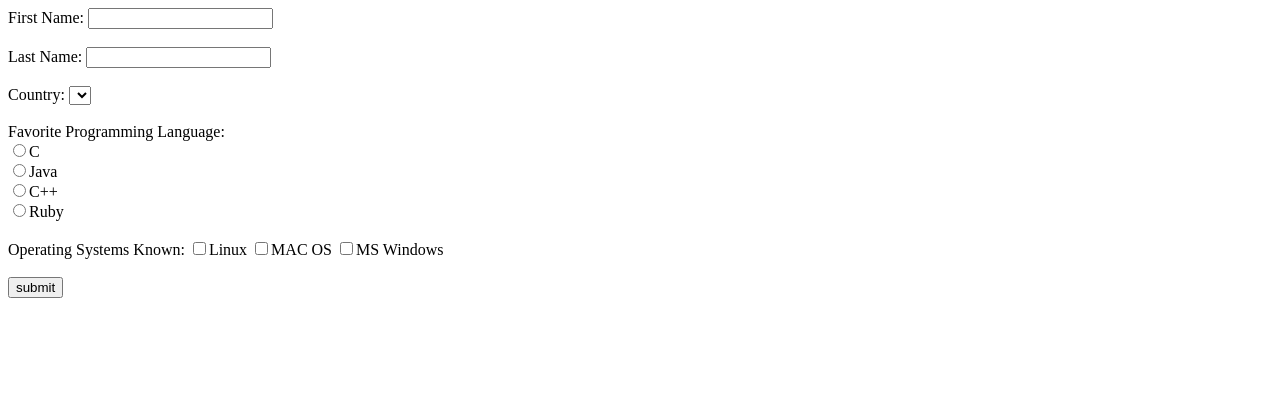
Repository: NishaGarg17/spring-mvc-demo
Page: http://localhost/spring-mvc-demo/WEB-INF/view/student-form.jsp
An editor plug-in stored every save of this project. The page is shown before and after the next save, followed by the edit.
The browser window is 1280 px wide. The pictures show the whole page.
The page is served by Tomcat 9. Nobody is signed in. The template is opened directly, without the code that normally fills it, so the values that code supplies are empty.

Above is the page before, as saved 2019-01-20 07:30:24.

After the next save:
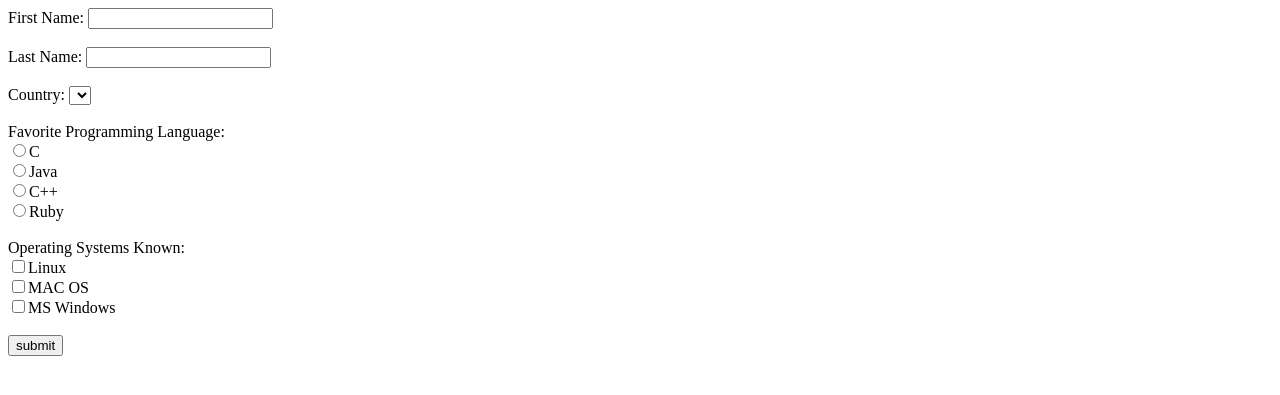
Saved 21 s later.
--- a/spring-mvc-demo/WebContent/WEB-INF/view/student-form.jsp
+++ b/spring-mvc-demo/WebContent/WEB-INF/view/student-form.jsp
@@ -39,8 +39,11 @@
 		<%-- <form:radiobuttons path="favoriteLanguage" items="${student.languageOptions}"/> --%>
 		<br />
 		Operating Systems Known:
+		<br />
 		<form:checkbox path="operatingSystems" value="Linux"/>Linux
+		<br />
 		<form:checkbox path="operatingSystems" value="MAC OS"/>MAC OS
+		<br />
 		<form:checkbox path="operatingSystems" value="MS Windows"/>MS Windows
 		<br />
 		<br />
